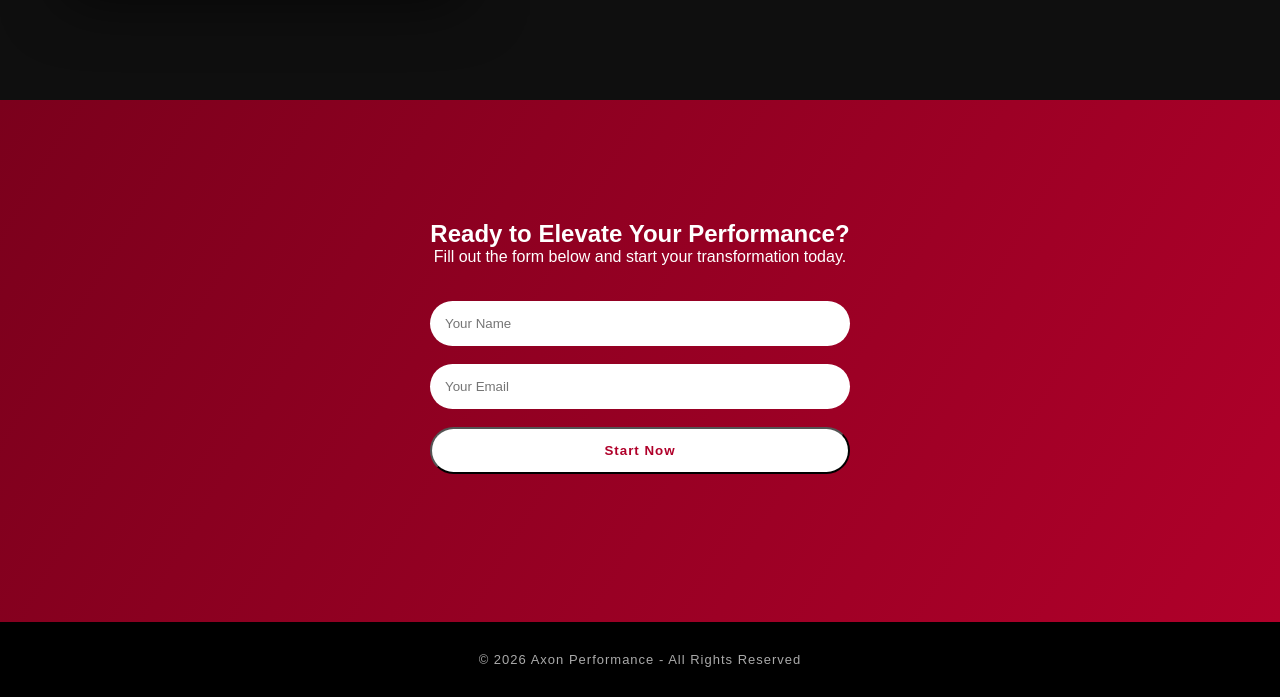
Repository: davidfsillva/Jason-Brooks
Page: index.html
The author's editor kept a copy of each file at every save. The page is drawn from the files as they stood at one save, then again after the next save.
The browser window is 1280 px wide. The pictures show the part of the page from y = 2014 to 2926 px (the page is 2711 px tall before and 2926 px after).
A picture or video elsewhere on the page could not be fetched, so the positions and the page height are approximate. Some web fonts or font styles are not loaded; a fallback is used.

Above is the page before, as saved 2026-02-20 17:34:30.

After the next save:
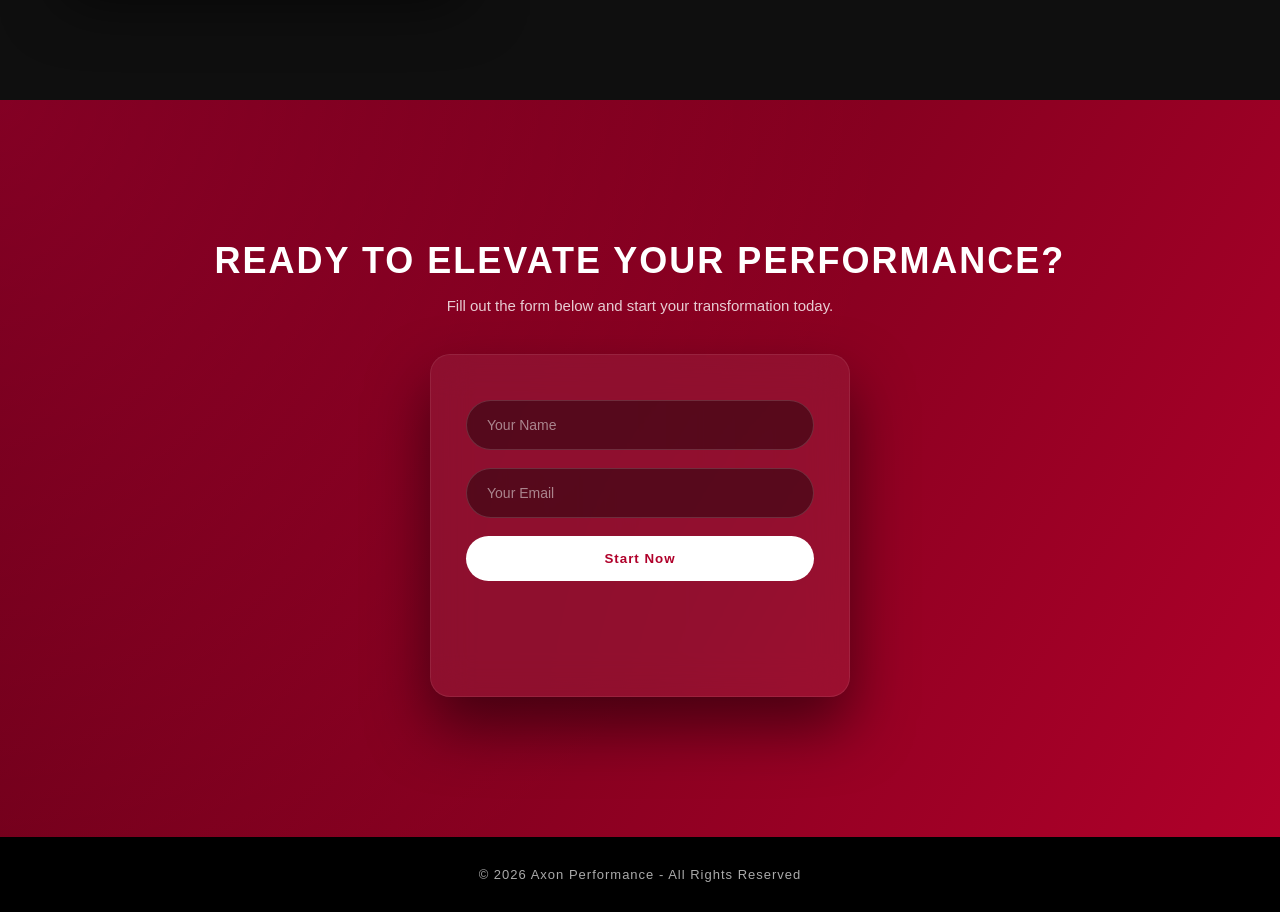
Saved 111 s later.
--- a/style.css
+++ b/style.css
@@ -352,33 +352,90 @@
 }
 
 
-/* ================= CTA ================= */
+/* ================= CTA PREMIUM ================= */
 .cta {
-    padding: 120px 0;
-    background: linear-gradient(120deg, #7b001c, #b0002a);
+    padding: 140px 0;
+    background: radial-gradient(circle at top left, rgba(255,0,80,0.25), transparent 60%),
+                linear-gradient(120deg, #5a0015, #b0002a);
     text-align: center;
-}
-
+    position: relative;
+}
+
+.cta h2 {
+    font-size: 36px;
+    margin-bottom: 15px;
+    letter-spacing: 2px;
+    text-transform: uppercase;
+}
+
+.cta p {
+    color: rgba(255,255,255,0.8);
+    margin-bottom: 40px;
+    font-size: 15px;
+}
+
+/* Card do formulário */
 .contact-form {
-    margin-top: 35px;
+    background: rgba(255,255,255,0.06);
+    backdrop-filter: blur(18px);
+    padding: 45px 35px;
+    border-radius: 20px;
     display: flex;
     flex-direction: column;
     gap: 18px;
     max-width: 420px;
-    margin-left: auto;
-    margin-right: auto;
-}
-
+    margin: auto;
+    box-shadow: 0 30px 60px rgba(0,0,0,0.5);
+    border: 1px solid rgba(255,255,255,0.08);
+}
+
+/* Inputs */
 .contact-form input {
+    padding: 16px 20px;
+    border-radius: 30px;
+    border: 1px solid rgba(255,255,255,0.15);
+    background: rgba(0,0,0,0.4);
+    color: white;
+    font-family: 'TT Answer', sans-serif;
+    font-size: 14px;
+    transition: 0.3s ease;
+}
+
+.contact-form input::placeholder {
+    color: rgba(255,255,255,0.5);
+}
+
+.contact-form input:focus {
+    border-color: var(--primary-light);
+    box-shadow: 0 0 0 3px rgba(255,45,85,0.2);
+    outline: none;
+}
+
+/* Botão */
+.contact-form button {
     padding: 15px;
     border-radius: 30px;
     border: none;
-    outline: none;
-    font-family: 'TT Answer', sans-serif;
-}
-
+    background: white;
+    color: var(--primary);
+    font-weight: 600;
+    letter-spacing: 1px;
+    cursor: pointer;
+    transition: 0.3s ease;
+}
+
+.contact-form button:hover {
+    background: var(--primary-light);
+    color: white;
+    transform: translateY(-3px);
+    box-shadow: 0 10px 25px rgba(0,0,0,0.4);
+}
+
+/* Mensagem */
 #form-message {
-    margin-top: 10px;
+    margin-top: 12px;
+    font-size: 14px;
+    color: #ffffffcc;
 }
 
 

After the save that followed:
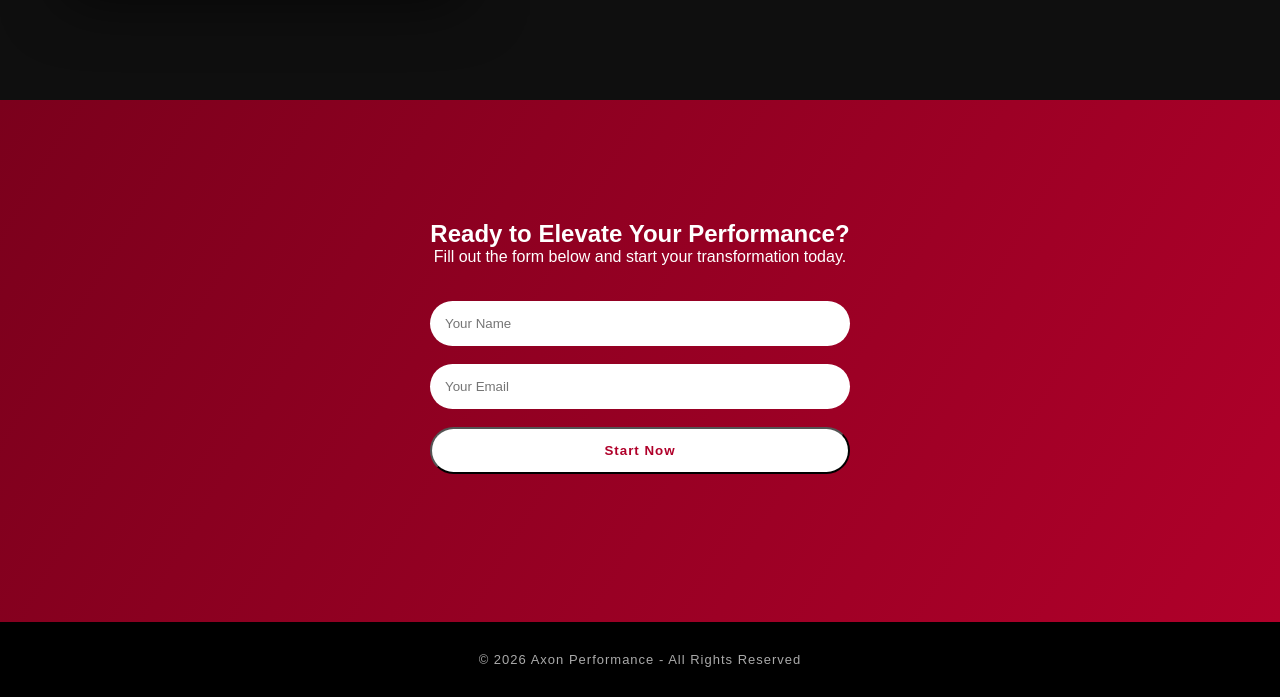
Saved 18 s later.
--- a/style.css
+++ b/style.css
@@ -352,90 +352,33 @@
 }
 
 
-/* ================= CTA PREMIUM ================= */
+/* ================= CTA ================= */
 .cta {
-    padding: 140px 0;
-    background: radial-gradient(circle at top left, rgba(255,0,80,0.25), transparent 60%),
-                linear-gradient(120deg, #5a0015, #b0002a);
+    padding: 120px 0;
+    background: linear-gradient(120deg, #7b001c, #b0002a);
     text-align: center;
-    position: relative;
-}
-
-.cta h2 {
-    font-size: 36px;
-    margin-bottom: 15px;
-    letter-spacing: 2px;
-    text-transform: uppercase;
-}
-
-.cta p {
-    color: rgba(255,255,255,0.8);
-    margin-bottom: 40px;
-    font-size: 15px;
-}
-
-/* Card do formulário */
+}
+
 .contact-form {
-    background: rgba(255,255,255,0.06);
-    backdrop-filter: blur(18px);
-    padding: 45px 35px;
-    border-radius: 20px;
+    margin-top: 35px;
     display: flex;
     flex-direction: column;
     gap: 18px;
     max-width: 420px;
-    margin: auto;
-    box-shadow: 0 30px 60px rgba(0,0,0,0.5);
-    border: 1px solid rgba(255,255,255,0.08);
-}
-
-/* Inputs */
+    margin-left: auto;
+    margin-right: auto;
+}
+
 .contact-form input {
-    padding: 16px 20px;
-    border-radius: 30px;
-    border: 1px solid rgba(255,255,255,0.15);
-    background: rgba(0,0,0,0.4);
-    color: white;
-    font-family: 'TT Answer', sans-serif;
-    font-size: 14px;
-    transition: 0.3s ease;
-}
-
-.contact-form input::placeholder {
-    color: rgba(255,255,255,0.5);
-}
-
-.contact-form input:focus {
-    border-color: var(--primary-light);
-    box-shadow: 0 0 0 3px rgba(255,45,85,0.2);
-    outline: none;
-}
-
-/* Botão */
-.contact-form button {
     padding: 15px;
     border-radius: 30px;
     border: none;
-    background: white;
-    color: var(--primary);
-    font-weight: 600;
-    letter-spacing: 1px;
-    cursor: pointer;
-    transition: 0.3s ease;
-}
-
-.contact-form button:hover {
-    background: var(--primary-light);
-    color: white;
-    transform: translateY(-3px);
-    box-shadow: 0 10px 25px rgba(0,0,0,0.4);
-}
-
-/* Mensagem */
+    outline: none;
+    font-family: 'TT Answer', sans-serif;
+}
+
 #form-message {
-    margin-top: 12px;
-    font-size: 14px;
-    color: #ffffffcc;
+    margin-top: 10px;
 }
 
 
